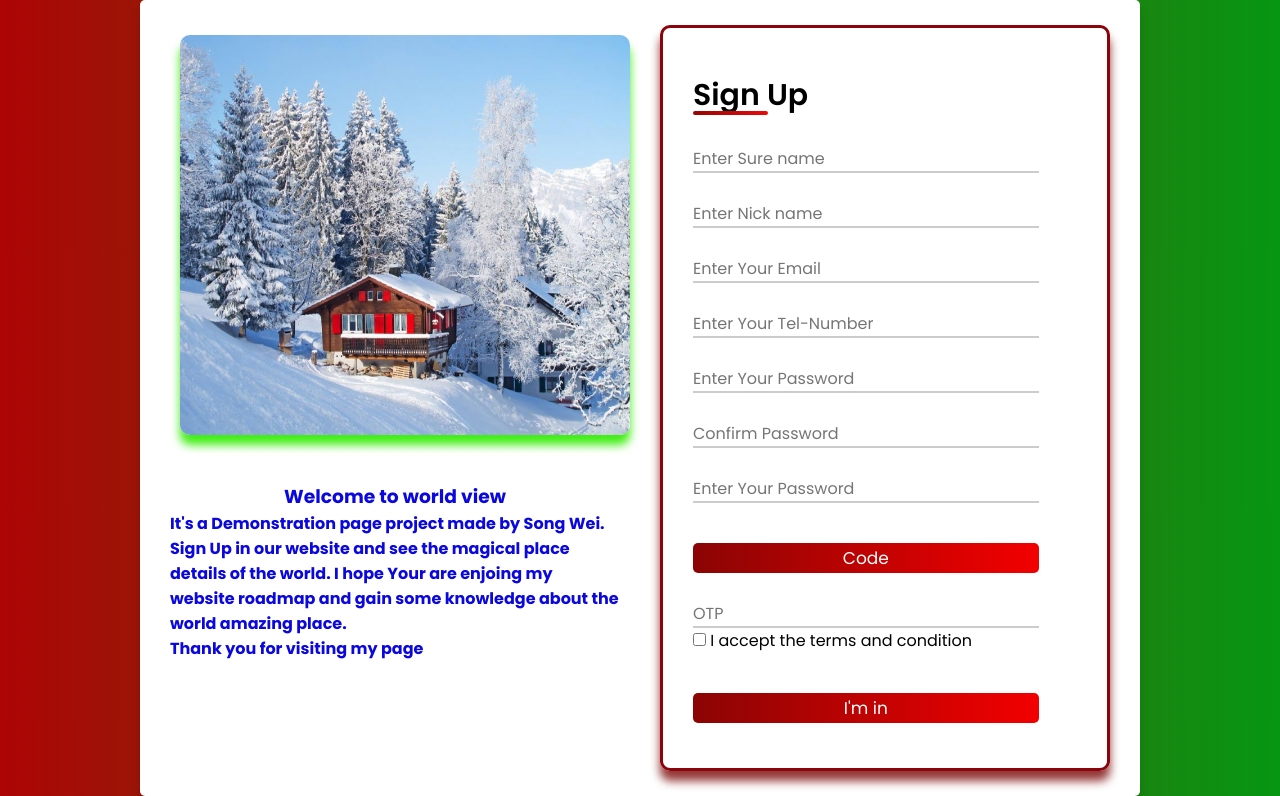
Repository: dev-ashik/Halloween
Page: Reg Page/Index.html
An editor plug-in stored every save of this project. The page is shown before and after the next save, followed by the edit.
The browser window is 1280 px wide. The pictures show the whole page.

Above is the page before, as saved 2021-12-21 22:44:43.

### Reg Page/Index.html
<!DOCTYPE html>
<html lang="en">

<head>
    <meta charset="UTF-8">
    <meta http-equiv="X-UA-Compatible" content="IE=edge">
    <meta name="viewport" content="width=device-width, initial-scale=1.0">
    <title>Regristration page</title>
    <link rel="stylesheet" href="CSS/main.css">
</head>

<body>
    <div class="con">
        <div class="bann">
            <img src="IMG/banner.jpg" alt=""><br/>
            <h3>Welcome to world view</h3>
            <p>It's a Demonstration page project made by Song Wei. Sign Up in our website and see the magical place details of the world. I hope Your are enjoing my website roadmap and gain some knowledge about the world amazing place.
            </p>
            <p>Thank you for visiting my page</p>
        </div>
        <div class="form">
            <form action="#">
                <div class="title">Sign Up</div>
                <div class="box">
                    <input type="text" placeholder="Enter Sure name" id="fn" required>
                    <div class="underline"></div>
                </div>
                <div class="box"> <input type="text" placeholder="Enter Nick name" id="ln" required>
                    <div class="underline"></div>
                </div>
                <div class="box underline">
                    <input type="text" placeholder="Enter Your Email" id="mail" required>
                    <div class="underline"></div>
                    <!--Email Field with velidation-->
                </div>
                <div class="box underline">
                    <input type="text" placeholder="Enter Your Tel-Number" id="number" required>
                    <div class="underline"></div>
                </div>
                <div class="box">
                    <input type="password" placeholder="Enter Your Password" id="pwd" required>
                    <div class="underline"></div>
                    <!--Password Field with velidation-->
                </div>
                <div class="box">
                    <input type="password" placeholder="Confirm Password" id="pwd" required>
                    <div class="underline"></div>
                </div>
                <div class="box">
                    <input type="password" placeholder="Enter Your Password" id="pwd" required>
                    <div class="underline"></div>
                </div>
                <div class="box button">
                    <button onclick="vercod()" id="vc">Code</button>
                    <!--Code form-->
                </div>
                <div class="box">
                    <input type="text" placeholder="OTP" id="otp" required>
                    <div class="underline"></div>
                    <!--Security Code with velidation-->
                </div>
                <div class="Agreement">
                    <input type="checkbox" id="cb" value="Agree">
                    <label for="Agree">I accept the terms and condition</label>
                    <!--Agreement box-->
                </div>
                <div class="box button">
                    <button onclick="sub()">I'm in</button>
                </div>
            </form>
        </div>
    </div>
</body>
<script src="JS/main.js"></script>

</html>

### Reg Page/CSS/main.css
@import url('https://fonts.googleapis.com/css2?family=Poppins:wght@200;300;400;500;600;700&display=swap');
@import url('https://fonts.googleapis.com/css2?family=Poppins:wght@200;300;400;500;600;700&display=swap');
* {
    margin: 0;
    padding: 0;
    box-sizing: border-box;
    font-family: 'Poppins', sans-serif;
}

html,
body {
    display: grid;
    height: 100vh;
    width: 100%;
    place-items: center;
    background: linear-gradient(to right, #ad0505 0%, #069612 100%);
}

 ::selection {
    background: #ff80bf;
}

.con {
    background: #fff;
    max-width: 1000px;
    width: 100%;
    padding: 25px 30px;
    border-radius: 5px;
    box-shadow: 0 10px 10px rgba(0, 0, 0, 0.15);
}

.con .bann {
    float: left;
    width: 450px;
}

.con .bann img {
    width: 100%;
    height: 400px;
    border-radius: 10px;
    margin: 10px;
    box-shadow: 0 10px 10px #40ee14;
}

.con .bann h3 {
    margin-top: 30px;
    text-align: center;
    color: #0b08df;
}

.con .bann p {
    color: #0b08df;
    font-weight: bolder;
}

.con .form {
    float: right;
    border: 3px solid rgb(138, 5, 11);
    border-radius: 10px;
    padding: 25px 30px;
    max-width: 450px;
    width: 100%;
    box-shadow: 0 10px 10px rgba(121, 4, 4, 0.795);
}

.con .form form .title {
    font-size: 30px;
    font-weight: 600;
    margin: 20px 0 10px 0;
    position: relative;
}

.con .form form .title:before {
    content: '';
    position: absolute;
    height: 4px;
    width: 75px;
    left: 0px;
    bottom: 3px;
    border-radius: 5px;
    background: linear-gradient(to right, #960404 0%, #eb0909 100%);
}

.con .form form .box {
    width: 90%;
    height: 30px;
    margin-top: 25px;
    position: relative;
}

.con .form form .box input {
    width: 100%;
    height: 100%;
    outline: none;
    font-size: 16px;
    border: none;
}

.con .form form .underline::before {
    content: '';
    position: absolute;
    height: 2px;
    width: 100%;
    background: #ccc;
    left: 0;
    bottom: 0;
}

.con .form form .underline::after {
    content: '';
    position: absolute;
    height: 2px;
    width: 100%;
    background: linear-gradient(to right, rgb(136, 2, 2) 0%, #f10404 100%);
    left: 0;
    bottom: 0;
    transform: scaleX(0);
    transform-origin: left;
    transition: all 0.3s ease;
}

.con .form form .box input:focus~.underline::after,
.con .form form .box input:valid~.underline::after {
    transform: scaleX(1);
    transform-origin: left;
}

.con .form form .button {
    margin: 40px 0 20px 0;
}

.con .form .box button {
    width: 100%;
    height: 100%;
    outline: none;
    font-size: 16px;
    border: none;
    background: linear-gradient(to right, #8b0404 0%, #f30000 100%);
    font-size: 17px;
    color: #fff;
    border-radius: 5px;
    cursor: pointer;
    transition: all 0.3s ease;
}

.con .form .box button:hover {
    letter-spacing: 1px;
    background: linear-gradient(to left, #8a0404 0%, #fc0707 100%);
}

footer {
    text-align: center;
    font-size: 30px;
    color: greenyellow;
}

footer:hover {
    color: greenyellow;
    text-shadow: 1px 1px 2px black, 0 0 25px rgb(11, 247, 3), 0 0 5px rgb(10, 255, 1);
}

Loaded but not shown: Reg Page/JS/main.js (no stored copy; drawn as an empty file)

After the next save:
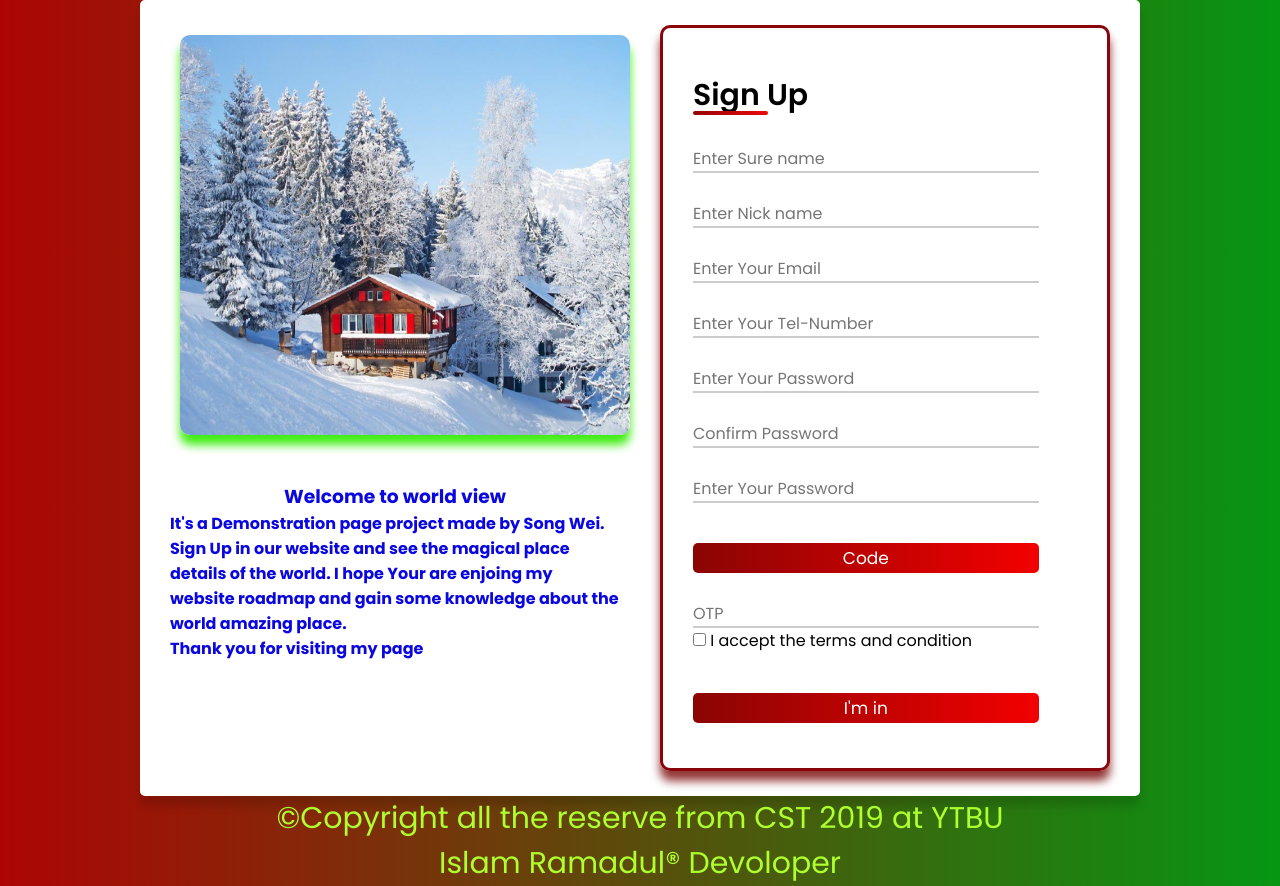
Saved 45 s later.
--- a/Reg Page/Index.html
+++ b/Reg Page/Index.html
@@ -70,6 +70,9 @@
             </form>
         </div>
     </div>
+    <footer>
+        ©Copyright all the reserve from CST 2019 at YTBU<br/>Islam Ramadul® Devoloper
+    </footer>
 </body>
 <script src="JS/main.js"></script>
 
